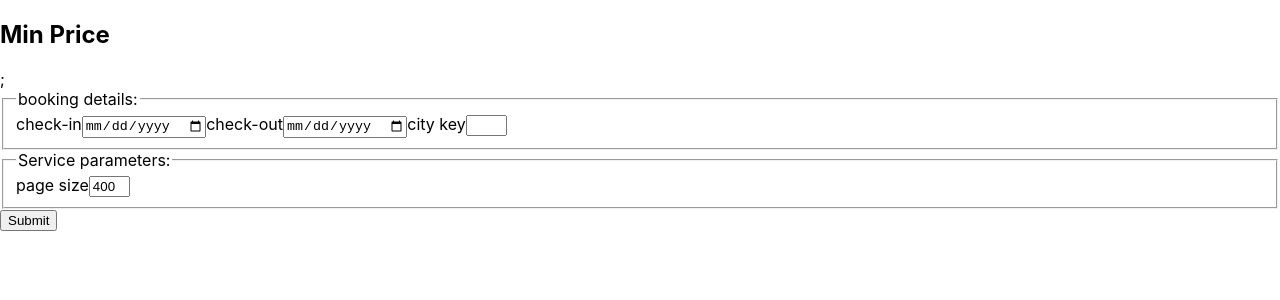
Repository: vsterev/il-test
Page: /min-price
These files come from the project's save history. The page is drawn as it stood at one moment and after the next save; the edit follows.
The browser window is 1280 px wide. The pictures show the whole page.
The project was rebuilt for these pictures with package versions that can differ from the ones it lists, and the page was loaded fresh each time. A package was used in the major version that the imports need, not the one package.json lists. Also part of the build but not shown: src/components/error/index.jsx.

Above is the page before, as saved 2021-04-27 08:26:26.

After the next save:
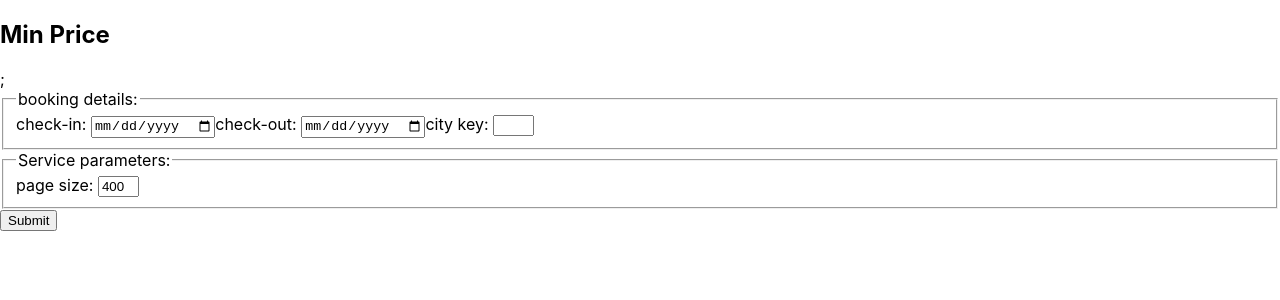
Saved 32 s later.
--- a/src/components/minPrice/index.jsx
+++ b/src/components/minPrice/index.jsx
@@ -11,19 +11,19 @@ const MinPrice = () => {
       <form onSubmit={submitHandler}>
         <fieldset>
           <legend>booking details:</legend>
-          <label htmlFor="checkIn">check-in</label>
+          <label htmlFor="checkIn">check-in: </label>
           <input
             type="date"
             id="checkIn"
             value={details.checkIn}
             onChange={(e) => setDetails({ ...details, checkIn: e.target.value })}></input>
-          <label htmlFor="checkOut">check-out</label>
+          <label htmlFor="checkOut">check-out: </label>
           <input
             type="date"
             id="checkOut"
             value={details.checkOut}
             onChange={(e) => setDetails({ ...details, checkOut: e.target.value })}></input>
-          <label htmlFor="cityKey">city key</label>
+          <label htmlFor="cityKey">city key: </label>
           <input
             type="text"
             id="cityKey"
@@ -34,7 +34,7 @@ const MinPrice = () => {
         </fieldset>
         <fieldset>
           <legend>Service parameters:</legend>
-          <label htmlFor="pageSize">page size</label>
+          <label htmlFor="pageSize">page size: </label>
           <input
             type="text"
             id="pageSize"
